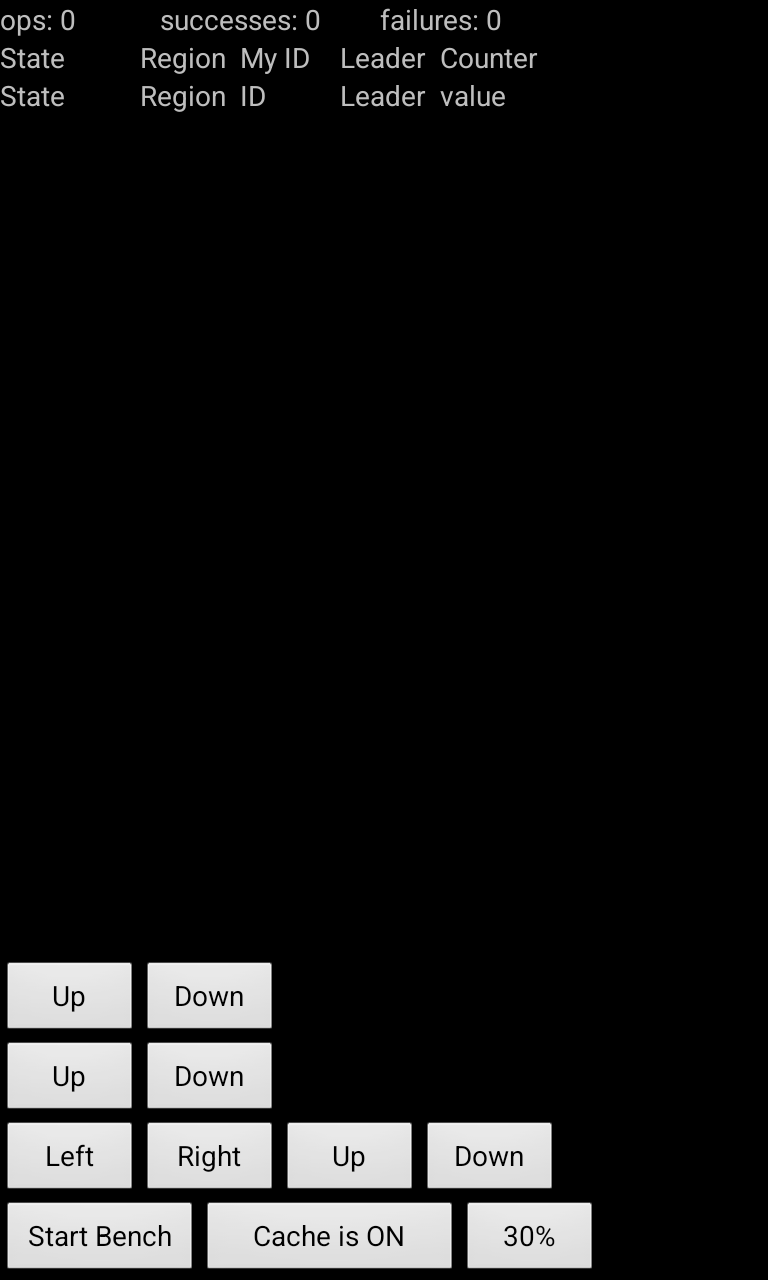
Repository: jasongao/csmcode
Layout: current/workspace/VNConsistent/res/layout/main.xml
An editor plug-in stored every save of this project. The layout is shown before and after the next save, followed by the edit.
It is drawn on a 768 x 1280 px phone screen (xhdpi) without system bars, with theme android:Theme; the app's code is not run. Lists and similar views that code fills are empty.

Above is the layout before, as saved 2011-07-17 15:36:06.

### current/workspace/VNConsistent/res/layout/main.xml
<?xml version="1.0" encoding="utf-8"?>
<LinearLayout xmlns:android="http://schemas.android.com/apk/res/android"
	android:orientation="vertical" android:layout_width="fill_parent"
	android:layout_height="fill_parent">

	<LinearLayout android:layout_width="match_parent"
		android:layout_height="wrap_content" android:id="@+id/CountInfoLayout">
		<TextView android:text="ops: 0" android:layout_height="wrap_content"
			android:id="@+id/opcount_tv" android:layout_width="80dip"></TextView>
		<TextView android:text="successes: 0" android:layout_height="wrap_content"
			android:id="@+id/successcount_tv" android:layout_width="110dip"></TextView>
		<TextView android:text="failures: 0" android:layout_height="wrap_content"
			android:id="@+id/failurecount_tv" android:layout_width="90dip"></TextView>
	</LinearLayout>

	<LinearLayout android:layout_width="match_parent"
		android:layout_height="wrap_content" android:id="@+id/StatusHeadingLayout">
		<TextView android:text="State" android:id="@+id/TextView04"
			android:layout_height="wrap_content" android:layout_width="70dip"></TextView>
		<TextView android:text="Region" android:layout_width="50dip"
			android:id="@+id/TextView03" android:layout_height="wrap_content"></TextView>
		<TextView android:text="My ID" android:layout_width="50dip"
			android:id="@+id/TextView01" android:layout_height="wrap_content"></TextView>
		<TextView android:layout_height="wrap_content"
			android:layout_width="50dip" android:text="Leader" android:id="@+id/TextView05"></TextView>
		<TextView android:text="Counter" android:layout_height="wrap_content"
			android:id="@+id/TextView06" android:layout_width="75dip"></TextView>
	</LinearLayout>
	<LinearLayout android:layout_width="match_parent"
		android:layout_height="wrap_content" android:id="@+id/StatusInfoLayout">
		<TextView android:text="State" android:layout_height="wrap_content"
			android:id="@+id/state_tv" android:layout_width="70dip"></TextView>
		<TextView android:text="Region" android:layout_height="wrap_content"
			android:layout_width="50dip" android:id="@+id/region_tv"></TextView>
		<TextView android:text="ID" android:layout_width="50dip"
			android:id="@+id/id_tv" android:layout_height="wrap_content"></TextView>
		<TextView android:layout_height="wrap_content"
			android:layout_width="50dip" android:text="Leader" android:id="@+id/leader_tv"></TextView>
		<TextView android:layout_height="wrap_content"
			android:layout_width="75dip" android:text="value" android:id="@+id/csm_tv"></TextView>
	</LinearLayout>

	<ListView android:id="@+id/msgList" android:layout_width="fill_parent"
		android:layout_height="fill_parent" android:stackFromBottom="true"
		android:transcriptMode="alwaysScroll" android:layout_weight="1">
	</ListView>

	<LinearLayout android:layout_width="fill_parent"
		android:orientation="horizontal" android:layout_height="wrap_content"
		android:id="@+id/RegionButton1Layout">
		<Button android:text="Up" android:id="@+id/up_button"
			android:layout_width="70dip" android:layout_height="40dip" />
		<Button android:text="Down" android:id="@+id/down_button"
			android:layout_width="70dip" android:layout_height="40dip" />
	</LinearLayout>

	<LinearLayout android:layout_width="fill_parent"
		android:orientation="horizontal" android:layout_height="wrap_content"
		android:id="@+id/RegionButton2Layout">
		<Button android:text="Up" android:id="@+id/up_button"
			android:layout_width="70dip" android:layout_height="40dip" />
		<Button android:text="Down" android:id="@+id/down_button"
			android:layout_width="70dip" android:layout_height="40dip" />
	</LinearLayout>

	<LinearLayout android:layout_width="fill_parent"
		android:orientation="horizontal" android:layout_height="wrap_content"
		android:id="@+id/RegionButtonLayout">
		<Button android:text="Left" android:id="@+id/left_button"
			android:layout_width="70dip" android:layout_height="40dip" />
		<Button android:text="Right" android:id="@+id/right_button"
			android:layout_width="70dip" android:layout_height="40dip" />
		<Button android:text="Up" android:id="@+id/up_button"
			android:layout_width="70dip" android:layout_height="40dip" />
		<Button android:text="Down" android:id="@+id/down_button"
			android:layout_width="70dip" android:layout_height="40dip" />
	</LinearLayout>

	<LinearLayout android:layout_width="fill_parent"
		android:orientation="horizontal" android:layout_height="wrap_content"
		android:id="@+id/TestButtonsLayout">
		<Button android:text="Start Bench" android:layout_width="100dip"
			android:id="@+id/switchbench_button" android:layout_height="40dip"></Button>
		<Button android:layout_width="130dip" android:text="Cache is ON"
			android:id="@+id/cache_button" android:layout_height="40dip"></Button>
		<Button android:text="30%" android:id="@+id/distribution_button"
			android:layout_height="40dip" android:layout_width="70dip"></Button>
	</LinearLayout>

</LinearLayout>

After the next save:
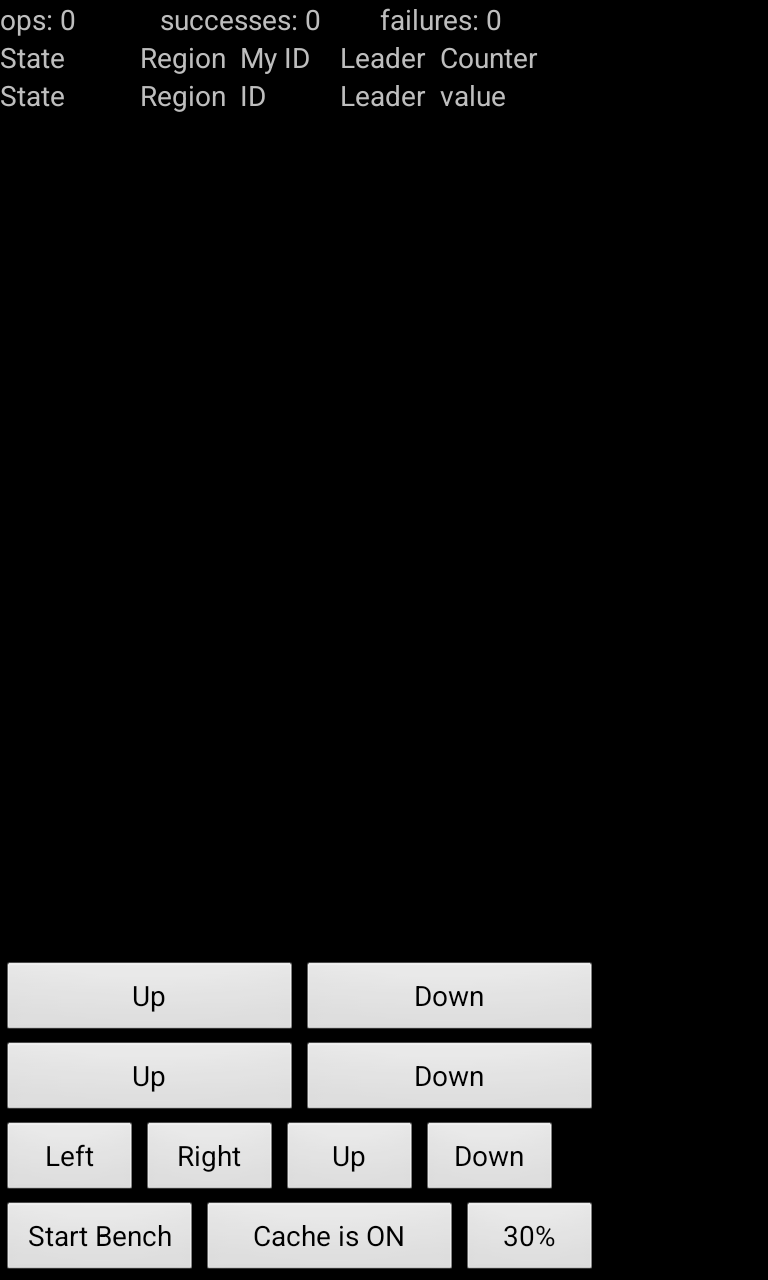
Saved 25 s later.
--- a/current/workspace/VNConsistent/res/layout/main.xml
+++ b/current/workspace/VNConsistent/res/layout/main.xml
@@ -49,18 +49,18 @@
 		android:orientation="horizontal" android:layout_height="wrap_content"
 		android:id="@+id/RegionButton1Layout">
 		<Button android:text="Up" android:id="@+id/up_button"
-			android:layout_width="70dip" android:layout_height="40dip" />
+			android:layout_width="150dip" android:layout_height="40dip" />
 		<Button android:text="Down" android:id="@+id/down_button"
-			android:layout_width="70dip" android:layout_height="40dip" />
+			android:layout_width="150dip" android:layout_height="40dip" />
 	</LinearLayout>
 
 	<LinearLayout android:layout_width="fill_parent"
 		android:orientation="horizontal" android:layout_height="wrap_content"
 		android:id="@+id/RegionButton2Layout">
 		<Button android:text="Up" android:id="@+id/up_button"
-			android:layout_width="70dip" android:layout_height="40dip" />
+			android:layout_width="150dip" android:layout_height="40dip" />
 		<Button android:text="Down" android:id="@+id/down_button"
-			android:layout_width="70dip" android:layout_height="40dip" />
+			android:layout_width="150dip" android:layout_height="40dip" />
 	</LinearLayout>
 
 	<LinearLayout android:layout_width="fill_parent"
